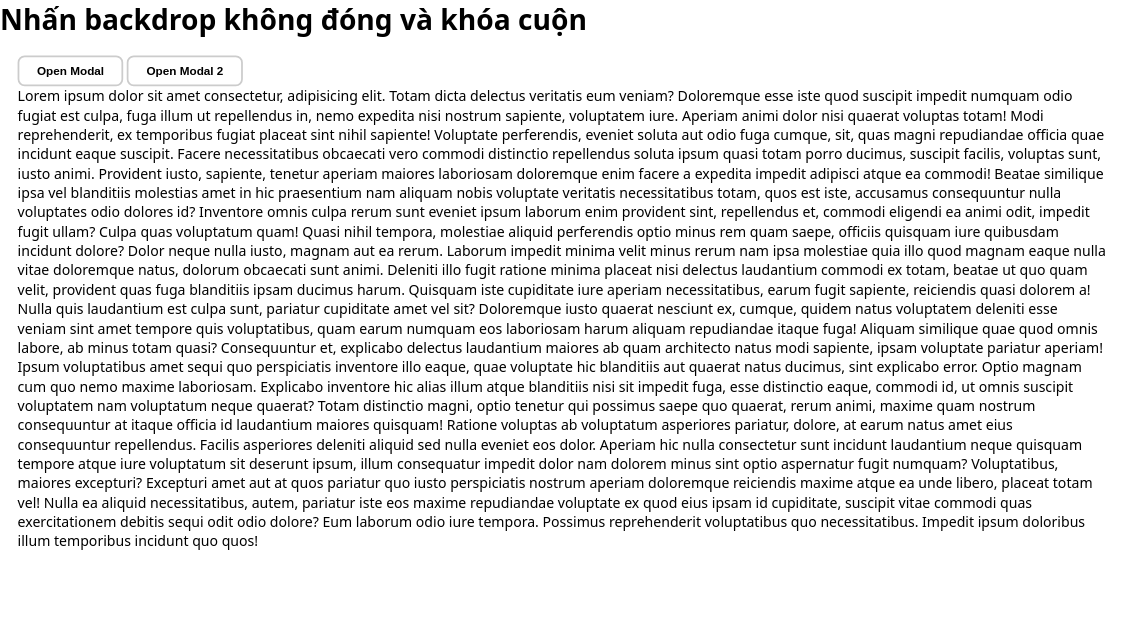
Repository: lannguyen1301/openix
Page: index.html
An editor plug-in stored every save of this project. The page is shown before and after the next save, followed by the edit.
The browser window is 1280 px wide. The pictures show the whole page, at 88% of full size.

Above is the page before, as saved 2025-06-24 06:20:51.

After the next save:
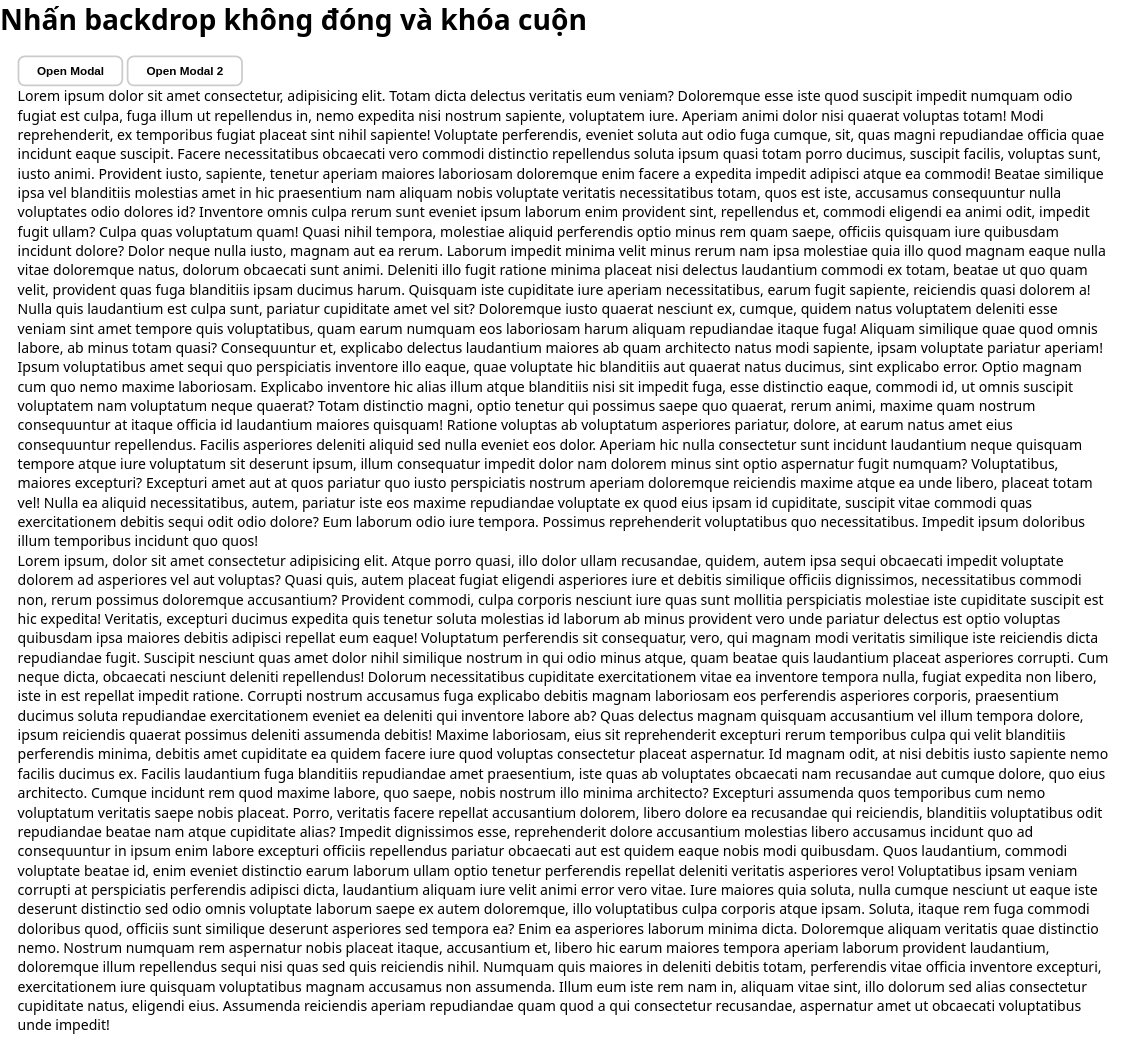
Saved 26 s later.
--- a/index.html
+++ b/index.html
@@ -48,7 +48,46 @@
             atque ea unde libero, placeat totam vel! Nulla ea aliquid necessitatibus, autem, pariatur iste eos maxime
             repudiandae voluptate ex quod eius ipsam id cupiditate, suscipit vitae commodi quas exercitationem debitis
             sequi odit odio dolore? Eum laborum odio iure tempora. Possimus reprehenderit voluptatibus quo
-            necessitatibus. Impedit ipsum doloribus illum temporibus incidunt quo quos!</p>
+            necessitatibus. Impedit ipsum doloribus illum temporibus incidunt quo quos!
+        </p>
+
+        <p>Lorem ipsum, dolor sit amet consectetur adipisicing elit. Atque porro quasi, illo dolor ullam recusandae,
+            quidem, autem ipsa sequi obcaecati impedit voluptate dolorem ad asperiores vel aut voluptas? Quasi quis,
+            autem placeat fugiat eligendi asperiores iure et debitis similique officiis dignissimos, necessitatibus
+            commodi non, rerum possimus doloremque accusantium? Provident commodi, culpa corporis nesciunt iure quas
+            sunt mollitia perspiciatis molestiae iste cupiditate suscipit est hic expedita! Veritatis, excepturi ducimus
+            expedita quis tenetur soluta molestias id laborum ab minus provident vero unde pariatur delectus est optio
+            voluptas quibusdam ipsa maiores debitis adipisci repellat eum eaque! Voluptatum perferendis sit consequatur,
+            vero, qui magnam modi veritatis similique iste reiciendis dicta repudiandae fugit. Suscipit nesciunt quas
+            amet dolor nihil similique nostrum in qui odio minus atque, quam beatae quis laudantium placeat asperiores
+            corrupti. Cum neque dicta, obcaecati nesciunt deleniti repellendus! Dolorum necessitatibus cupiditate
+            exercitationem vitae ea inventore tempora nulla, fugiat expedita non libero, iste in est repellat impedit
+            ratione. Corrupti nostrum accusamus fuga explicabo debitis magnam laboriosam eos perferendis asperiores
+            corporis, praesentium ducimus soluta repudiandae exercitationem eveniet ea deleniti qui inventore labore ab?
+            Quas delectus magnam quisquam accusantium vel illum tempora dolore, ipsum reiciendis quaerat possimus
+            deleniti assumenda debitis! Maxime laboriosam, eius sit reprehenderit excepturi rerum temporibus culpa qui
+            velit blanditiis perferendis minima, debitis amet cupiditate ea quidem facere iure quod voluptas consectetur
+            placeat aspernatur. Id magnam odit, at nisi debitis iusto sapiente nemo facilis ducimus ex. Facilis
+            laudantium fuga blanditiis repudiandae amet praesentium, iste quas ab voluptates obcaecati nam recusandae
+            aut cumque dolore, quo eius architecto. Cumque incidunt rem quod maxime labore, quo saepe, nobis nostrum
+            illo minima architecto? Excepturi assumenda quos temporibus cum nemo voluptatum veritatis saepe nobis
+            placeat. Porro, veritatis facere repellat accusantium dolorem, libero dolore ea recusandae qui reiciendis,
+            blanditiis voluptatibus odit repudiandae beatae nam atque cupiditate alias? Impedit dignissimos esse,
+            reprehenderit dolore accusantium molestias libero accusamus incidunt quo ad consequuntur in ipsum enim
+            labore excepturi officiis repellendus pariatur obcaecati aut est quidem eaque nobis modi quibusdam. Quos
+            laudantium, commodi voluptate beatae id, enim eveniet distinctio earum laborum ullam optio tenetur
+            perferendis repellat deleniti veritatis asperiores vero! Voluptatibus ipsam veniam corrupti at perspiciatis
+            perferendis adipisci dicta, laudantium aliquam iure velit animi error vero vitae. Iure maiores quia soluta,
+            nulla cumque nesciunt ut eaque iste deserunt distinctio sed odio omnis voluptate laborum saepe ex autem
+            doloremque, illo voluptatibus culpa corporis atque ipsam. Soluta, itaque rem fuga commodi doloribus quod,
+            officiis sunt similique deserunt asperiores sed tempora ea? Enim ea asperiores laborum minima dicta.
+            Doloremque aliquam veritatis quae distinctio nemo. Nostrum numquam rem aspernatur nobis placeat itaque,
+            accusantium et, libero hic earum maiores tempora aperiam laborum provident laudantium, doloremque illum
+            repellendus sequi nisi quas sed quis reiciendis nihil. Numquam quis maiores in deleniti debitis totam,
+            perferendis vitae officia inventore excepturi, exercitationem iure quisquam voluptatibus magnam accusamus
+            non assumenda. Illum eum iste rem nam in, aliquam vitae sint, illo dolorum sed alias consectetur cupiditate
+            natus, eligendi eius. Assumenda reiciendis aperiam repudiandae quam quod a qui consectetur recusandae,
+            aspernatur amet ut obcaecati voluptatibus unde impedit!</p>
     </main>
     <template id="modal-1">
         <h2>Modal 1</h2>
